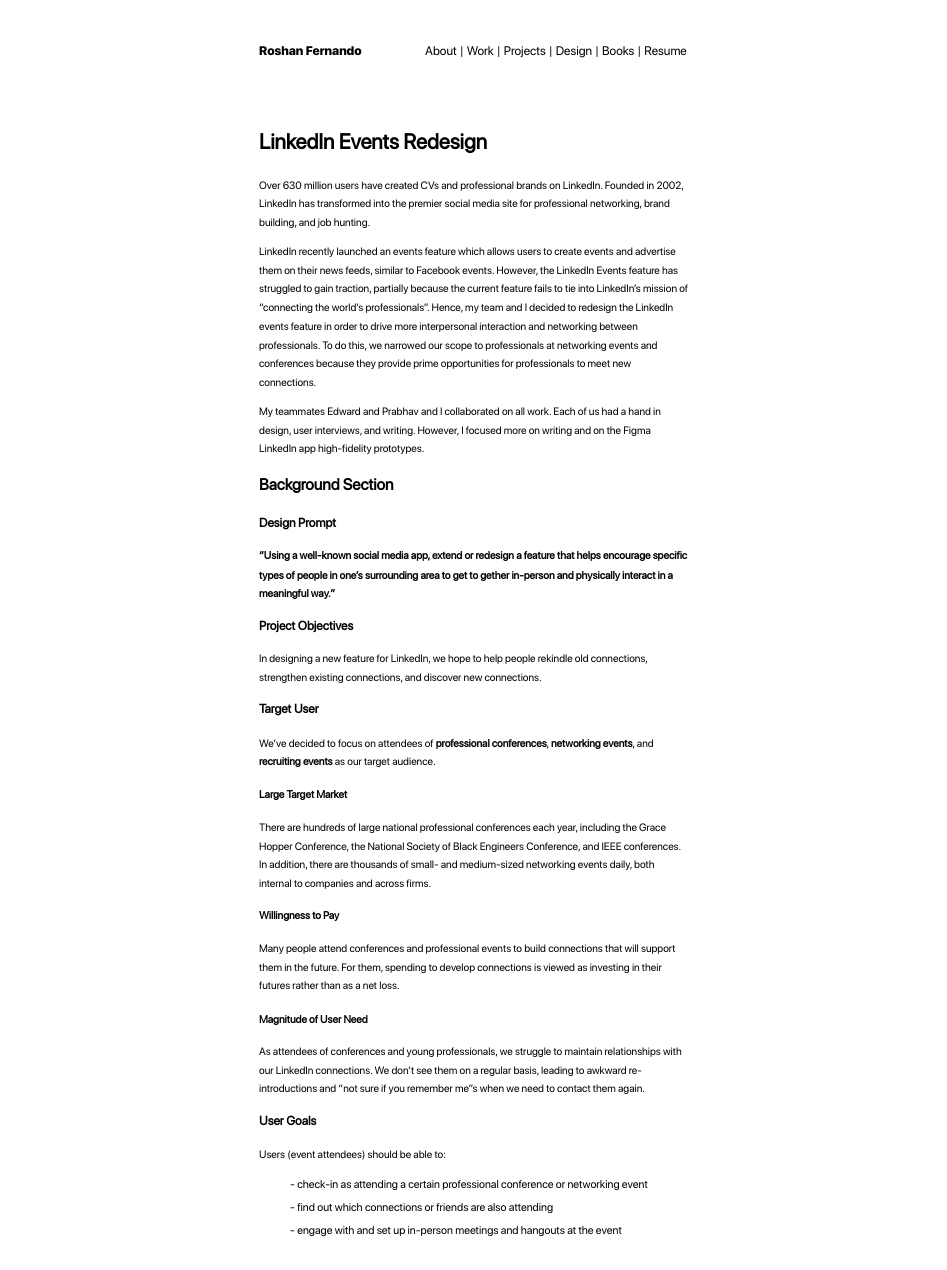
Repository: rdf004/rdf004.github.io
Page: /case1
The author's editor kept a copy of each file at every save. The page is drawn from the files as they stood at one save, then again after a run of saves.
The browser window is 1280 px wide. The pictures show the whole page, at 74% of full size.
The project was rebuilt for these pictures with package versions that can differ from the ones it lists, and the page was loaded fresh each time. Also part of the build but not shown: src/Components/About.js, src/Components/Work.js, src/Components/Projects.js, src/Components/Design.js, src/Components/Books.js, src/Components/Resume.js.

Above is the page before, as saved 2019-11-20 21:09:10.

### public/index.html
<!DOCTYPE html>
<html lang="en">
  <head>
    <meta charset="utf-8" />
    <link rel="shortcut icon" href="Startup_Rocket-512.png" />
    <meta name="viewport" content="width=device-width, initial-scale=1" />
    <meta name="theme-color" content="#000000" />
    <meta
      name="description"
      content="Web site created using create-react-app"
    />
    <link rel="apple-touch-icon" href="logo192.png" />
    <!--
      manifest.json provides metadata used when your web app is installed on a
      user's mobile device or desktop. See https://developers.google.com/web/fundamentals/web-app-manifest/
    -->
    <link rel="manifest" href="%PUBLIC_URL%/manifest.json" />
    <!--
      Notice the use of %PUBLIC_URL% in the tags above.
      It will be replaced with the URL of the `public` folder during the build.
      Only files inside the `public` folder can be referenced from the HTML.

      Unlike "/favicon.ico" or "favicon.ico", "%PUBLIC_URL%/favicon.ico" will
      work correctly both with client-side routing and a non-root public URL.
      Learn how to configure a non-root public URL by running `npm run build`.
    -->
    <title>RFizzle's Websizzle</title>
  </head>
  <body>
    <noscript>You need to enable JavaScript to run this app.</noscript>
    <div id="root"></div>
    <!--
      This HTML file is a template.
      If you open it directly in the browser, you will see an empty page.

      You can add webfonts, meta tags, or analytics to this file.
      The build step will place the bundled scripts into the <body> tag.

      To begin the development, run `npm start` or `yarn start`.
      To create a production bundle, use `npm run build` or `yarn build`.
    -->
  </body>
</html>

### src/index.js
import React from 'react';
import ReactDOM from 'react-dom';
import { Route, Link, BrowserRouter as Router } from 'react-router-dom';

import About from './Components/About';
import Work from './Components/Work';
import Projects from './Components/Projects';
import Design from './Components/Design';
import Books from './Components/Books';
import Resume from './Components/Resume';
import Case1 from './Components/Case1';
import * as serviceWorker from './serviceWorker';

const routing = (
    <Router>
      <div>
        <Route exact path="/" component={About} />
        <Route path="/work" component={Work} />
        <Route path="/projects" component={Projects} />
        <Route path="/design" component={Design} />
        <Route path="/books" component={Books} />
        <Route path="/resume" component={Resume} />
        <Route path="/case1" component={Case1} />
      </div>
    </Router>
)

ReactDOM.render(routing, document.getElementById('root'));

// If you want your app to work offline and load faster, you can change
// unregister() to register() below. Note this comes with some pitfalls.
// Learn more about service workers: https://bit.ly/CRA-PWA
serviceWorker.unregister();

### src/Components/Case1.js
import React from 'react';
import Header from './Header';

import '../Style/style.css';

class Case1 extends React.Component {

    render() {
        return (
            <div className="grid-holder">

            <div className="grid-container">
                <Header className="header"/>
                <p className="page-content">
                    <h1>LinkedIn Events Redesign</h1>
                    <p>Over 630 million users have created CVs and professional brands on LinkedIn. Founded in 2002, LinkedIn has transformed into the premier social media site for professional networking, brand building, and job hunting.</p>
                    <p>LinkedIn recently launched an events feature which allows users to create events and advertise them on their news feeds, similar to Facebook events. However, the LinkedIn Events feature has struggled to gain traction, partially because the current feature fails to tie into LinkedIn’s mission of “connecting the world’s professionals”. Hence, my team and I decided to redesign the LinkedIn events feature in order to drive more interpersonal interaction and networking between professionals. To do this, we narrowed our scope to professionals at networking events and conferences because they provide prime opportunities for professionals to meet new connections.</p>
                    <p>My teammates Edward and Prabhav and I collaborated on all work. Each of us had a hand in design, user interviews, and writing. However, I focused more on writing and on the Figma LinkedIn app high-fidelity prototypes.</p>
                    <h2>Background Section</h2>
                    <h3><b>Design Prompt</b></h3>
                    <p><b>“Using a well-known social media app, extend or redesign a feature that helps encourage specific types of people in one’s surrounding area to get to gether in-person and physically interact in a meaningful way.”</b></p>
                    <h3>Project Objectives</h3>
                    <p>In designing a new feature for LinkedIn, we hope to help people rekindle old connections, strengthen existing connections, and discover new connections.</p>
                    <h3>Target User</h3>
                    <p>We’ve decided to focus on attendees of <b>professional conferences</b>, <b>networking events</b>, and <b>recruiting events</b> as our target audience.</p>
                    <h4>Large Target Market</h4>
                    <p>There are hundreds of large national professional conferences each year, including the Grace Hopper Conference, the National Society of Black Engineers Conference, and IEEE conferences. In addition, there are thousands of small- and medium-sized networking events daily, both internal to companies and across firms.</p>
                    <h4>Willingness to Pay</h4>
                    <p>Many people attend conferences and professional events to build connections that will support them in the future. For them, spending to develop connections is viewed as investing in their futures rather than as a net loss.</p>
                    <h4>Magnitude of User Need</h4>
                    <p>As attendees of conferences and young professionals, we struggle to maintain relationships with our LinkedIn connections. We don’t see them on a regular basis, leading to awkward re-introductions and “not sure if you remember me”s when we need to contact them again.</p>
                    <h3>User Goals</h3>
                    <p>Users (event attendees) should be able to:</p>
                    <ul>
                    <li>- check-in as attending a certain professional conference or networking event</li>
                        <li>- find out which connections or friends are also attending</li>
                        <li>- engage with and set up in-person meetings and hangouts at the event</li>
                    </ul>
                </p>
            </div>

            </div>
        )
    }

}

export default Case1;

### src/Components/Header.js
import React from 'react';
import '../Style/style.css';

class Header extends React.Component {

    render() {
        return (

            <div className="flex-container">
                <p className="name">Roshan Fernando</p>
                <ul className="header-li-elements">
                    <li><a className="list-item-a" href="/">About</a></li>
                    <li>|</li>
                    <li><a className="list-item-a" href="/work">Work</a></li>
                    <li>|</li>
                    <li><a className="list-item-a" href="/projects">Projects</a></li>
                    <li>|</li>
                    <li><a className="list-item-a" href="/design">Design</a></li>
                    <li>|</li>
                    <li><a className="list-item-a" href="/books">Books</a></li>
                    <li>|</li>
                    <li><a className="list-item-a" href="/resume">Resume</a></li>
                </ul>
                <p className="content">{this.about}</p>
            </div>
        )
    }
}

export default Header;

### src/Style/style.css
/* PAGE */

.grid-holder {

}

.grid-container {
    display: grid;
    width: 600px;
    max-width: 100vw;
    margin: auto;

    line-height: 1.75;
}

.page-content {

    font-family: 'SF-Regular';
    font-size: 0.9em;
    color: black;
    padding: 10px;
    padding-top: 0px;
}

/* unvisited link */
.p-a:link {
    color: rgb(105, 196, 248);
    text-decoration: underline;
  }

  /* visited link */
.p-a:visited {
    color: rgb(105, 196, 248);
    text-decoration: underline;
  }

/* mouse over link */
.p-a:hover {
    color: rgb(105, 196, 248);
    text-decoration: underline;
  }

  /* selected link */
.p:active {
    color: rgb(105, 196, 248);
    text-decoration: underline;
  }

/* HEADER */

.flex-container {

    display: flex;
    justify-content: center;
    align-items: center;
    padding-top: 5vh;
    flex-wrap: wrap;

    max-width: inherit;
    min-width: 0;

}


.name {

    text-align: left;
    font-family: 'SF-Heavy';
    color: black;
    font-size: 1.05em;
    max-width: 250px;

    flex: 1;
    padding-left: 10px;

}

.header-li-elements {

    display: flex;
    padding: 0;
    justify-content: flex-end;
    color: black;

    flex: 1;
    padding-right: 10px;

}

li {

    list-style-type: none;
    padding: 2px;
    font-family: 'SF-Regular';
    font-size: 1.05em;
    color: black;

}

.content {
    width: 1000px;
    max-width: inherit;
}

body, html {

    margin: 0;
    padding: 0;
    background-color: white;

}

/* unvisited link */
.list-item-a:link {
    color: black;
    text-decoration: none;
  }

  /* visited link */
.list-item-a:visited {
    color: black;
    text-decoration: none;
  }

/* mouse over link */
.list-item-a:hover {
    color: rgb(0, 162, 255);
    text-decoration: none;
  }

  /* selected link */
.list-item-a:active {
    color: black;
    text-decoration: none;
  }

@font-face {
    src: url('./SF-Pro-Display-Heavy.otf');
    font-family: 'SF-Heavy';
}

@font-face {
    src: url('./SF-Pro-Display-Regular.otf');
    font-family: 'SF-Regular';
}

@font-face {
    src: url('./SF-Pro-Display-Thin.otf');
    font-family: 'SF-Thin';
}

Loaded but not shown: src/serviceWorker.js (common file)

After the next 2 saves:
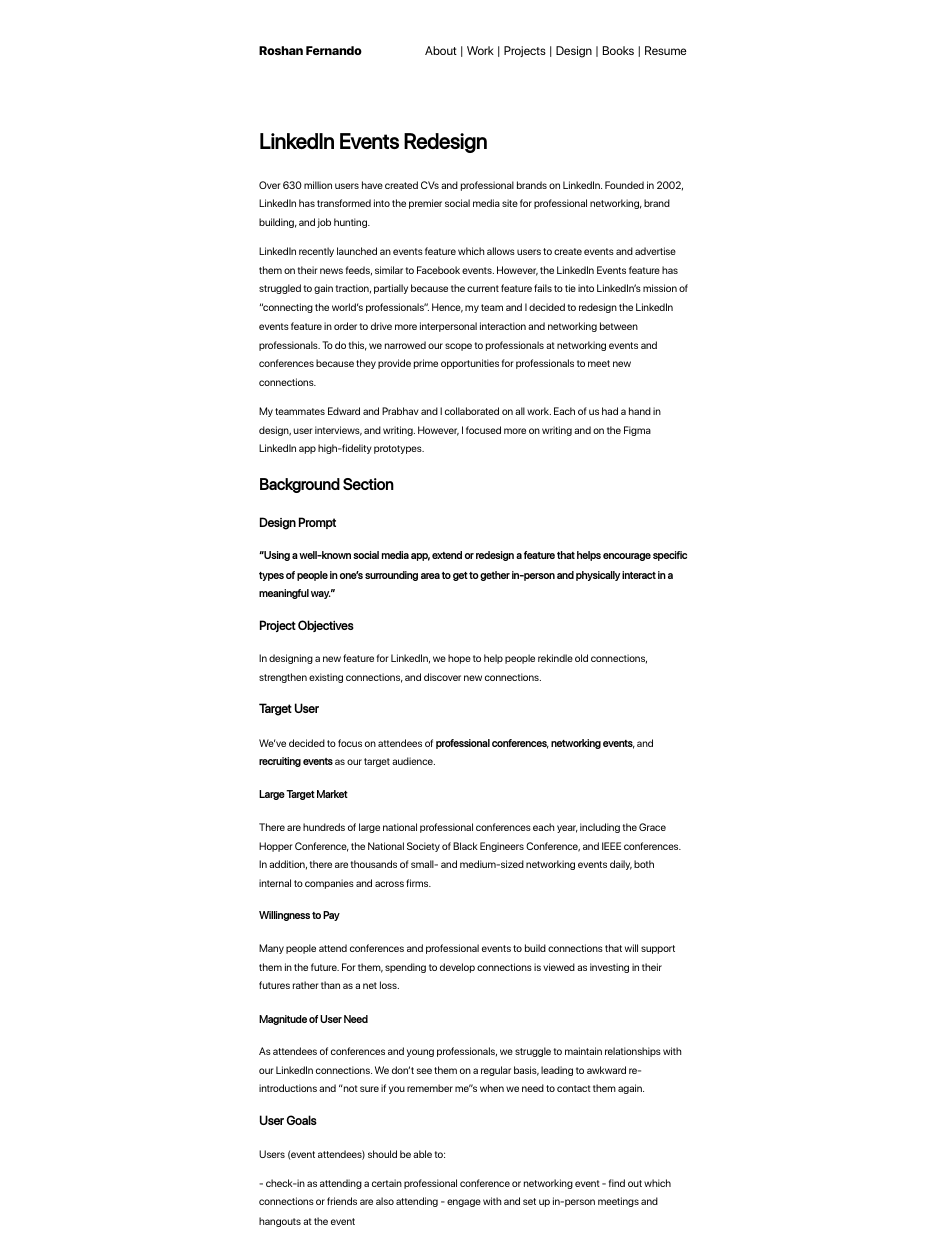
The 2 saves are shown as one change because 1 did not build or start.
The last was saved 30 s later.
--- a/src/Components/Case1.js
+++ b/src/Components/Case1.js
@@ -31,11 +31,9 @@
                     <p>As attendees of conferences and young professionals, we struggle to maintain relationships with our LinkedIn connections. We don’t see them on a regular basis, leading to awkward re-introductions and “not sure if you remember me”s when we need to contact them again.</p>
                     <h3>User Goals</h3>
                     <p>Users (event attendees) should be able to:</p>
-                    <ul>
-                    <li>- check-in as attending a certain professional conference or networking event</li>
-                        <li>- find out which connections or friends are also attending</li>
-                        <li>- engage with and set up in-person meetings and hangouts at the event</li>
-                    </ul>
+                    - check-in as attending a certain professional conference or networking event
+                    - find out which connections or friends are also attending
+                    - engage with and set up in-person meetings and hangouts at the event
                 </p>
             </div>
 
